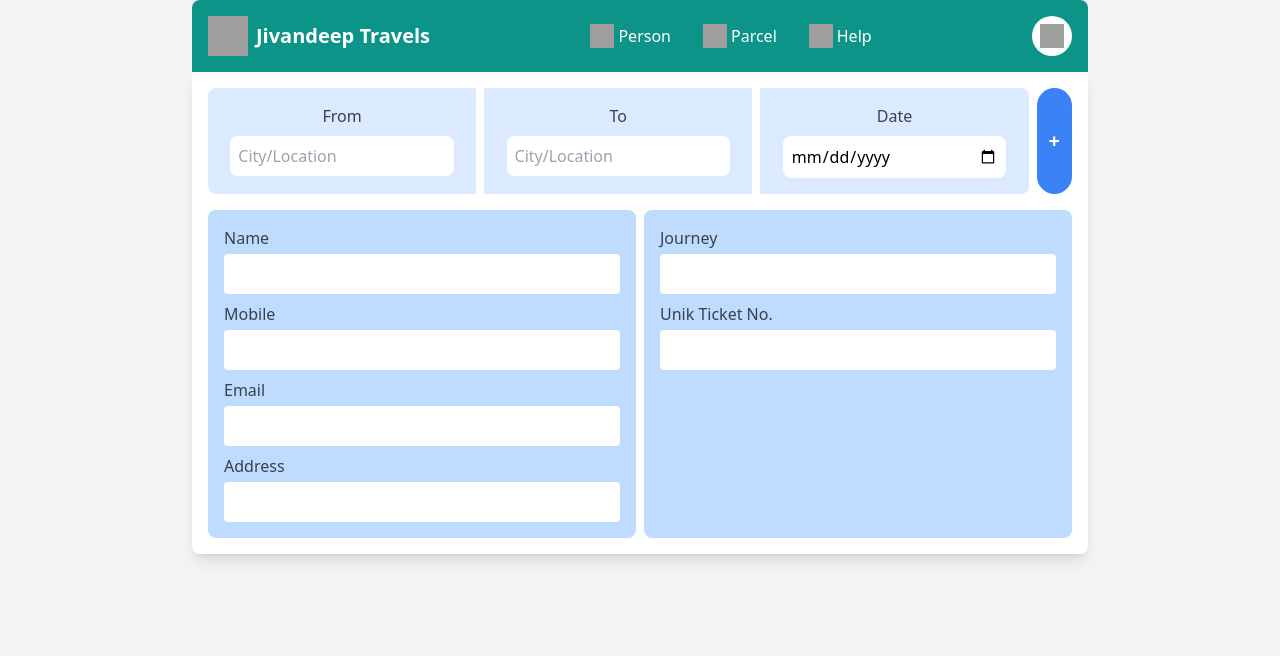
Repository: zishandeshmukh/jdtm
Page: / (app in frontend/)
The author's editor kept a copy of each file at every save. The page is drawn from the files as they stood at one save, then again after the next save.
The browser window is 1280 px wide. The pictures show the whole page.
Pictures or frames that could not be fetched are drawn as grey boxes. The project was rebuilt for these pictures with package versions that can differ from the ones it lists, and the page was loaded fresh each time. The framework's server and built-in components were replaced by stand-ins that run in the browser. Also part of the build but not shown: frontend/svelte.config.js, frontend/vite.config.js.

Above is the page before, as saved 2024-11-03 17:23:30.

After the next save:
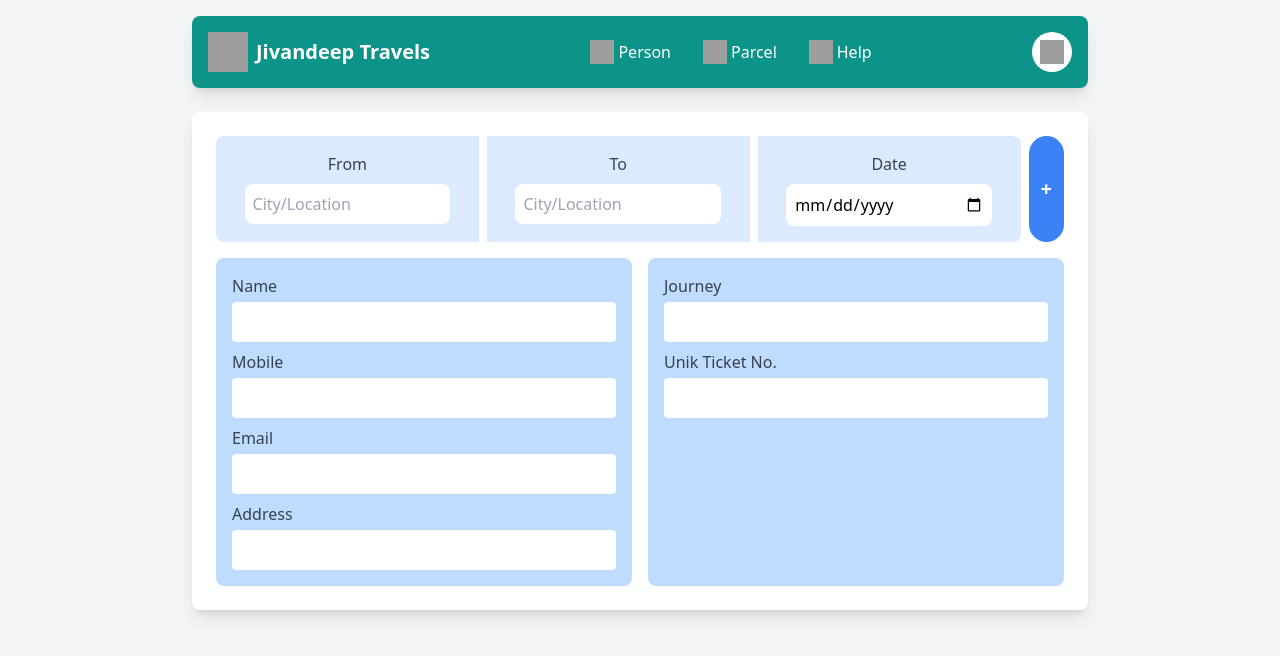
Saved 2 min 54 s later.
--- a/frontend/src/routes/+page.svelte
+++ b/frontend/src/routes/+page.svelte
@@ -2,8 +2,9 @@
   // Add any Svelte logic here if needed
 </script>
 
-<div class="flex flex-col items-center bg-gray-100 min-h-screen">
-  <div class="w-full max-w-4xl bg-teal-600 p-4 flex items-center justify-between text-white rounded-t-lg">
+<div class="flex flex-col items-center bg-gray-100 min-h-screen p-4">
+  <!-- Header Section -->
+  <div class="w-full max-w-4xl bg-teal-600 p-4 flex items-center justify-between text-white rounded-lg shadow-lg mb-6">
     <div class="flex items-center space-x-2">
       <img src="/path/to/logo.png" alt="Logo" class="w-10 h-10" />
       <h1 class="text-xl font-bold">Jivandeep Travels</h1>
@@ -27,17 +28,19 @@
     </button>
   </div>
 
-  <div class="bg-white w-full max-w-4xl p-4 rounded-b-lg shadow-lg">
-    <div class="flex space-x-2">
-      <div class="flex-1 flex flex-col items-center bg-blue-100 rounded-l-lg py-4">
+  <!-- Booking Form Section -->
+  <div class="bg-white w-full max-w-4xl p-6 rounded-lg shadow-lg">
+    <!-- Route and Date Selection -->
+    <div class="flex space-x-2 mb-4">
+      <div class="flex-1 flex flex-col items-center bg-blue-100 rounded-l-lg py-4 px-2">
         <label class="text-gray-700">From</label>
         <input type="text" class="mt-2 p-2 rounded-lg w-10/12" placeholder="City/Location" />
       </div>
-      <div class="flex-1 flex flex-col items-center bg-blue-100 py-4">
+      <div class="flex-1 flex flex-col items-center bg-blue-100 py-4 px-2">
         <label class="text-gray-700">To</label>
         <input type="text" class="mt-2 p-2 rounded-lg w-10/12" placeholder="City/Location" />
       </div>
-      <div class="flex-1 flex flex-col items-center bg-blue-100 rounded-r-lg py-4">
+      <div class="flex-1 flex flex-col items-center bg-blue-100 rounded-r-lg py-4 px-2">
         <label class="text-gray-700">Date</label>
         <input type="date" class="mt-2 p-2 rounded-lg w-10/12" />
       </div>
@@ -46,7 +49,9 @@
       </button>
     </div>
 
-    <div class="flex space-x-2 mt-4">
+    <!-- Passenger Information -->
+    <div class="flex space-x-4">
+      <!-- Left Information Box -->
       <div class="flex-1 bg-blue-200 p-4 rounded-lg">
         <label class="block text-gray-700">Name</label>
         <input type="text" class="mt-1 p-2 rounded w-full" />
@@ -61,6 +66,7 @@
         <input type="text" class="mt-1 p-2 rounded w-full" />
       </div>
 
+      <!-- Right Information Box -->
       <div class="flex-1 bg-blue-200 p-4 rounded-lg">
         <label class="block text-gray-700">Journey</label>
         <input type="text" class="mt-1 p-2 rounded w-full" />
